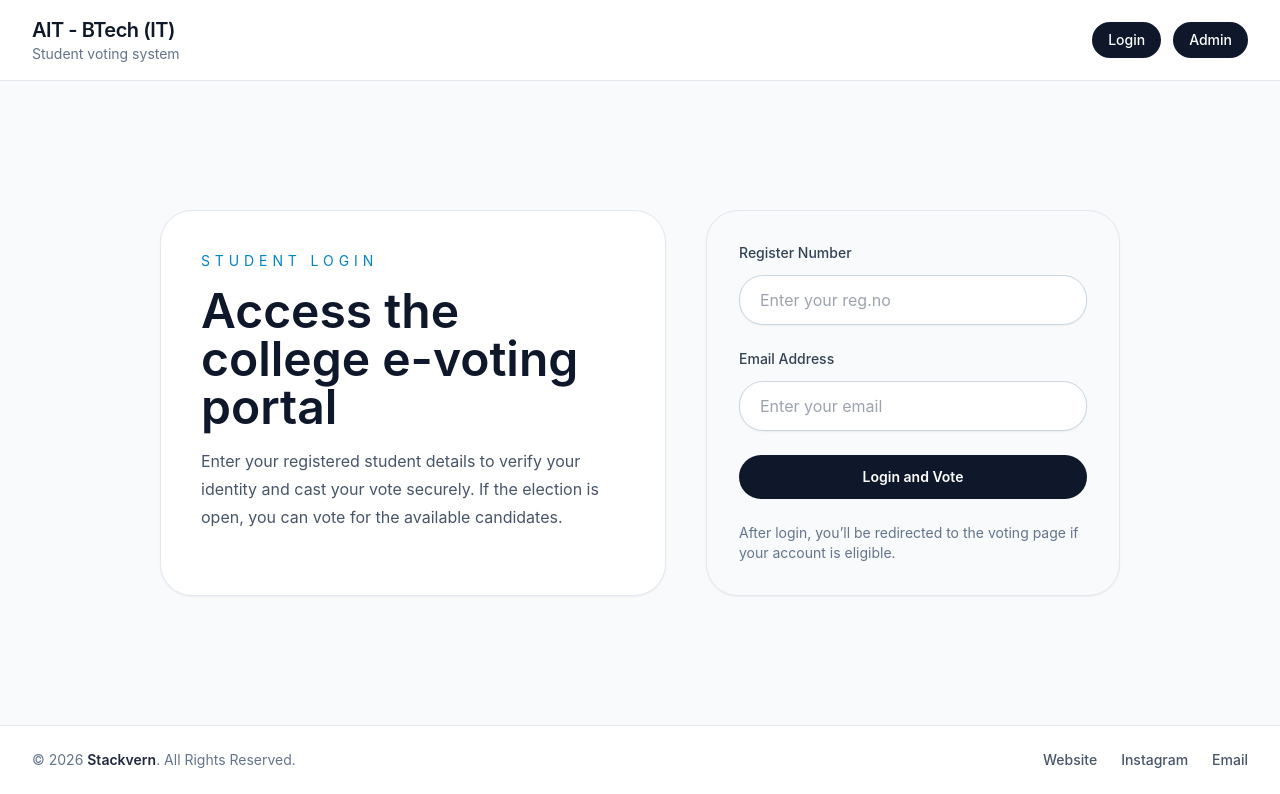
Repository: stackvern/college-evoting
Page: / (app in client/)
An editor plug-in stored every save of this project. The page is shown before and after the next save, followed by the edit.
The browser window is 1280 px wide. The pictures show the whole page.
The project was rebuilt for these pictures with package versions that can differ from the ones it lists, and the page was loaded fresh each time. Also part of the build but not shown: client/vite.config.js, client/src/components/ProtectedRoute.jsx, client/src/components/AdminProtectedRoute.jsx, client/src/pages/VotePage.jsx, client/src/pages/ResultPage.jsx, client/src/pages/AdminLoginPage.jsx, client/src/pages/AdminDashboard.jsx.

Above is the page before, as saved 2026-07-19 18:47:57.

After the next save:
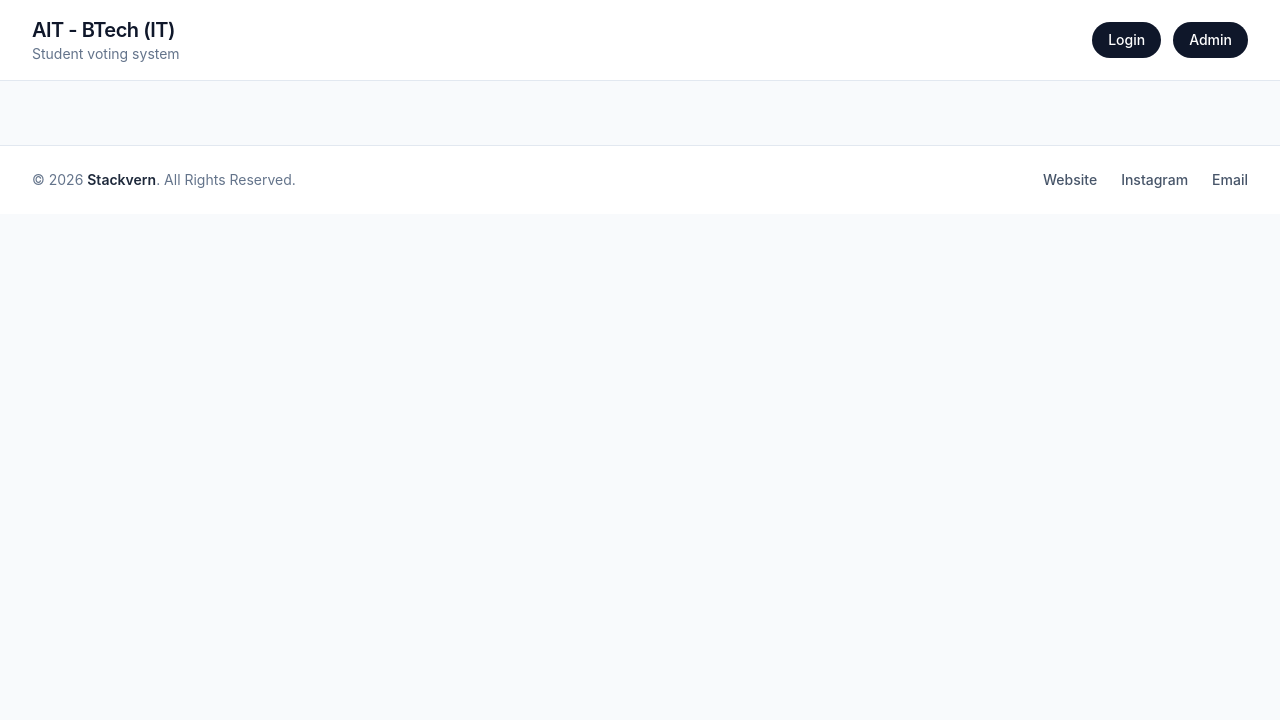
Saved 2 min 30 s later.
--- a/client/src/pages/LoginPage.jsx
+++ b/client/src/pages/LoginPage.jsx
@@ -40,61 +40,7 @@ const LoginPage = () => {
     }
   };
 
-  return (
-    <div className="mx-auto flex min-h-[calc(100vh-140px)] max-w-5xl flex-col justify-center px-4 py-10 sm:px-6 lg:px-8">
-      <div className="grid gap-10 xl:grid-cols-[1.1fr_0.9fr]">
-        <section className="rounded-[32px] border border-slate-200 bg-white p-10 shadow-sm">
-          <div className="space-y-4">
-            <p className="text-sm uppercase tracking-[0.35em] text-sky-600">Student login</p>
-            <h1 className="text-4xl font-semibold text-slate-900 sm:text-5xl">Access the college e-voting portal</h1>
-            <p className="max-w-2xl text-base leading-7 text-slate-600">Enter your registered student details to verify your identity and cast your vote securely. If the election is open, you can vote for the available candidates.</p>
-          </div>
-        </section>
 
-        <form onSubmit={handleSubmit} className="rounded-[32px] border border-slate-200 bg-slate-50 p-8 shadow-sm">
-          <div className="space-y-6">
-            <div>
-              <label htmlFor="register" className="block text-sm font-medium text-slate-700">Register Number</label>
-              <input
-                id="register"
-                type="text"
-                value={registerNumber}
-                onChange={(e) => setRegisterNumber(e.target.value)}
-                className="mt-3 w-full rounded-3xl border border-slate-300 bg-white px-5 py-3 text-slate-900 shadow-sm outline-none transition focus:border-sky-500 focus:ring-4 focus:ring-sky-100"
-                placeholder="Enter your reg.no"
-              />
-            </div>
-            <div>
-              <label htmlFor="email" className="block text-sm font-medium text-slate-700">Email Address</label>
-              <input
-                id="email"
-                type="email"
-                value={email}
-                onChange={(e) => setEmail(e.target.value)}
-                className="mt-3 w-full rounded-3xl border border-slate-300 bg-white px-5 py-3 text-slate-900 shadow-sm outline-none transition focus:border-sky-500 focus:ring-4 focus:ring-sky-100"
-                placeholder="Enter your email"
-              />
-            </div>
-            {error && (
-              <div className="rounded-3xl border border-rose-200 bg-rose-50 px-5 py-4 text-sm text-rose-700">
-                {error}
-              </div>
-            )}
-            <button
-              type="submit"
-              disabled={loading}
-              className="inline-flex w-full items-center justify-center rounded-3xl bg-slate-900 px-5 py-3 text-sm font-semibold text-white transition hover:bg-slate-800 disabled:cursor-not-allowed disabled:opacity-60"
-            >
-              {loading ? 'Verifying...' : 'Login and Vote'}
-            </button>
-            <p className="text-sm text-slate-500">
-              After login, you’ll be redirected to the voting page if your account is eligible.
-            </p>
-          </div>
-        </form>
-      </div>
-    </div>
-  );
 };
 
 export default LoginPage;
